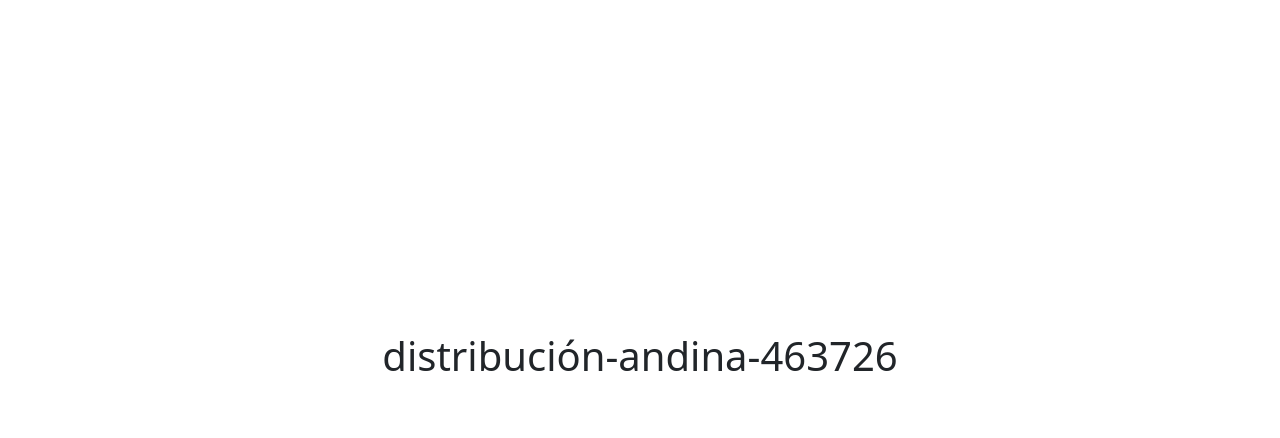
Repository: DevArthuro/Siigo-Distributions
Page: /ver-mapas/distribuci%C3%B3n-andina-463726 (app in frontend/)
An editor plug-in stored every save of this project. The page is shown before and after a run of saves, followed by the edit.
The browser window is 1280 px wide. The pictures show the whole page.
The project was rebuilt for these pictures with package versions that can differ from the ones it lists, and the page was loaded fresh each time. Also part of the build but not shown: frontend/vite.config.js, frontend/src/views/DashBoard.vue, frontend/src/components/CardMap.vue, frontend/src/views/WatchMaps.vue.

Above is the page before, as saved 2023-09-26 11:57:59.

### frontend/src/main.js
import { createApp } from 'vue'
import './style.css'
import App from './App.vue'

// Manage to routes
import routes from './routes'

// Import libraries to bootstrap in the folder node_modules
import 'bootstrap/dist/css/bootstrap.min.css'
import 'bootstrap/dist/js/bootstrap.bundle'


const app = createApp(App)

app.use(routes)

app.mount('#app')

### frontend/src/App.vue
<template>
    <router-view/>
</template>

### frontend/src/routes/index.js
import {createRouter, createWebHistory} from 'vue-router';
import dashboard from '../views/DashBoard.vue';
import wathchMaps from '../views/WatchMaps.vue';
import whatchSpecifictMap from '../views/WhatchSpecifictMap.vue'

const routes = [
    {
        path: '/',
        name: 'DashBoard',
        component: dashboard
    },
    {
        path: '/ver-mapas/',
        name: 'Watch-Maps',
        component: wathchMaps
    },
    {
        path: '/ver-mapas/:slug',
        name: 'whatch-specifict-map',
        component: whatchSpecifictMap
    }
];

const router = createRouter({
    history: createWebHistory(),
    routes
});

export default router;

### frontend/src/views/WhatchSpecifictMap.vue
<template>
    <h1>{{ param.params.slug }}</h1>
</template>

<script setup>
    import { useRoute } from 'vue-router'

    const param = useRoute()
</script>

### frontend/src/components/Navbar.vue
<template>
    <nav class="navbar navbar-expand-lg navbar-dark bg-dark">
        <div class="container-fluid">
          <router-link class="navbar-brand" :to="backViewDashBoard">Siigo Distributions</router-link>
          <button class="navbar-toggler" type="button" data-bs-toggle="collapse" data-bs-target="#navbarNavAltMarkup" aria-controls="navbarNavAltMarkup" aria-expanded="false" aria-label="Toggle navigation">
            <span class="navbar-toggler-icon"></span>
          </button>
          <div class="collapse navbar-collapse justify-content-end" id="navbarNavAltMarkup">
            <div class="navbar-nav">
              <a class="nav-link active" aria-current="page" href="#">Crear Nuevo Mapa</a>
              <router-link class="nav-link active" aria-current="page" :to="nextViewWatchMaps">Ver mapas creados</router-link>
            </div>
          </div>
        </div>
      </nav>
</template>

<script setup>

import {useRouter} from 'vue-router'

const router = useRouter()

const nextViewWatchMaps = {
  name: 'Watch-Maps'
}

const backViewDashBoard = {
  name: 'DashBoard'
}

</script>

Loaded but not shown: frontend/index.html (common file); frontend/src/style.css (common file)

After the next 2 saves:
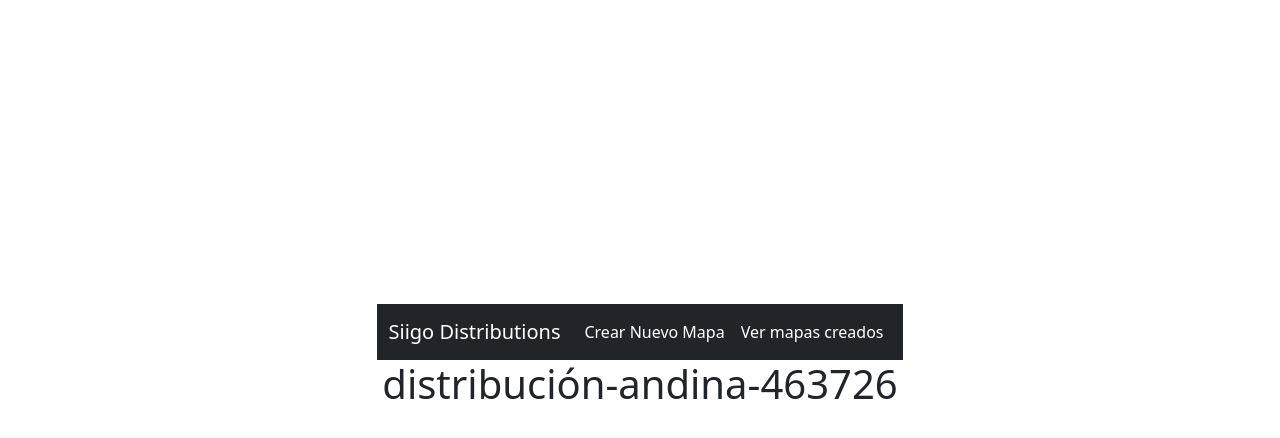
The 2 saves are shown as one change because they came seconds apart.
The last was saved 119 s later.
--- a/frontend/src/views/WhatchSpecifictMap.vue
+++ b/frontend/src/views/WhatchSpecifictMap.vue
@@ -1,8 +1,11 @@
 <template>
+    <navbar/>
     <h1>{{ param.params.slug }}</h1>
 </template>
 
 <script setup>
+    import navbar from '../components/Navbar.vue'
+
     import { useRoute } from 'vue-router'
 
     const param = useRoute()
